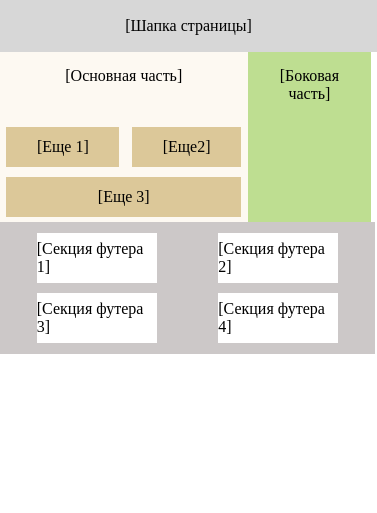
Repository: VictoriSyh/week7
Page: index_adapt.html
The author's editor kept a copy of each file at every save. The page is drawn from the files as they stood at one save, then again after the next save.
The browser window is 375 px wide. The page is 377 px wide, so the pictures cover 377 px, including what lies to the right of the window. The pictures show the whole page.

Above is the page before, as saved 2025-01-02 18:18:32.

### index_adapt.html
<!DOCTYPE html>
<html lang="ru">
<head>
    <link rel="stylesheet" href="/styles/normalize.css">
    <link rel="stylesheet" href="./styles/style_adapt.css">
    <meta charset="UTF-8">
    <meta name="viewport" content="width=device-width, initial-scale=1.0">
    <link rel="shortcut icon" href="https://www.svgrepo.com/show/529024/home-wifi-angle.svg"
    type="image/svg">
    <title>Домашняя работа</title>
</head>
<body>
<header>
    [Шапка страницы]
</header>
    <main>
<div class="mainpart">
    <div class="left">
    <div class="block">[Основная часть]</div>
    <div class="one">[Еще 1]</div>
    <div class="two">[Еще2]</div>
    <div class="three">[Еще 3]</div>
</div>
<div class="right_block">
    <div class="text">[Боковая часть]</div>
</div>
</div>

</main>
    <footer>
        <div class="section">[Секция футера 1]</div>
        <div class="section">[Секция футера 2]</div>
        <div class="section">[Секция футера 3]</div>
        <div class="section">[Секция футера 4]</div>
    </footer>
</body>
</html

### styles/style_adapt.css
header{
    display: grid;
    align-items: center;
    justify-items: center;
    border: 1px solid rgb(215, 215, 215);
    background-color: rgb(215, 215, 215);
    height: 50px;
    width: 100%;
}
main{
    display: grid;
    width: 100%;
}

.mainpart{
    display: grid;
    grid-template-columns: 33% 33% 33%;
}

.left{
    display: grid;
    grid-template-rows: 70px 50px 50px;
    grid-column:1/3;
    background-color:rgb(253, 249, 242)
}

.block{
    display: grid;
    grid-row: 1/2;
    grid-column:1/3;
    margin: 15px;
    text-align: center;
}

.right_block{
    grid-row: 1/2;
    grid-column:3/4;
    background-color: rgb(190, 222, 145);
    text-align: center;
}

.text{
    margin: 15px;
}

.three{
    display: grid;
    grid-row: 3/4;
    grid-column:1/3;
    place-items: center;
    margin: auto;
    background-color: rgb(220, 200, 153);
    width: 95%;
    height: 80%;
}

.one{
    display: grid;
    grid-row: 2/3;
    grid-column:1/2;
    place-items: center;
    margin: auto;
    background-color: rgb(220, 200, 153);
    width: 90%;
    height: 80%;
}

.two{
    display: grid;
    grid-row: 2/3;
    grid-column:2/3;
    place-items: center;
    margin: auto;
    background-color: rgb(220, 200, 153);
    width: 90%;
    height: 80%;
}

footer{
    display: grid;
    grid-template-columns: repeat(auto-fit, minmax(200px, 1fr));
    gap: 10px;
    padding: 10px;
    justify-items: center;
    align-items: center;
    border: 1px solid rgb(204, 200, 200);
    background-color: rgb(204, 200, 200);
}
.section{
    display: grid;
    background-color: white;
    width: 70%;
    height: 50px;
    place-items: center;
}

/*Адаптация*/

/*Tablet*/
@media screen and (max-width: 850px) {
    footer{
        display: grid;
        grid-template-columns: 1fr 1fr;
        grid-template-rows: 1fr 1fr;
    }
}

/*Mobile*/
@media screen and (max-width: 425px) {
    footer{
        display: grid;
        grid-template-columns: 1fr 1fr;
        grid-template-rows: 1fr 1fr;
    }
}

Loaded but not shown: styles/normalize.css (library)

After the next save:
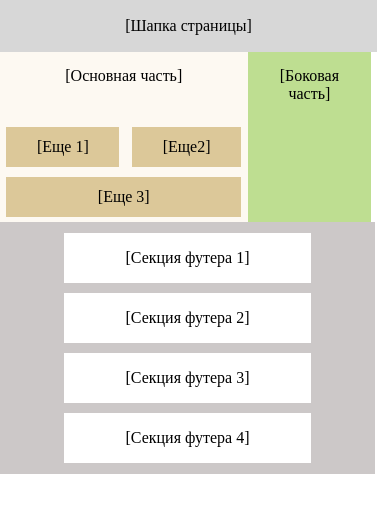
Saved 6 s later.
--- a/styles/style_adapt.css
+++ b/styles/style_adapt.css
@@ -109,7 +109,7 @@
 @media screen and (max-width: 425px) {
     footer{
         display: grid;
-        grid-template-columns: 1fr 1fr;
+        grid-template-columns: 1fr;
         grid-template-rows: 1fr 1fr;
     }
 }

After the save that followed:
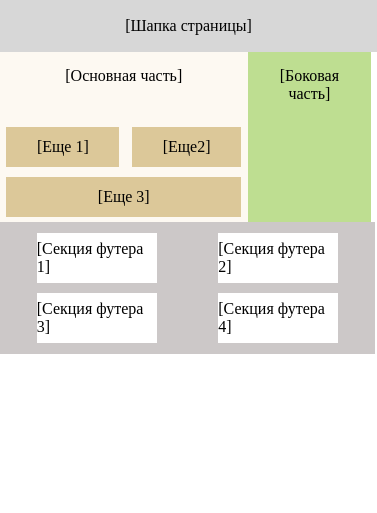
Saved 8 s later.
--- a/styles/style_adapt.css
+++ b/styles/style_adapt.css
@@ -109,7 +109,6 @@
 @media screen and (max-width: 425px) {
     footer{
         display: grid;
-        grid-template-columns: 1fr;
         grid-template-rows: 1fr 1fr;
     }
 }
